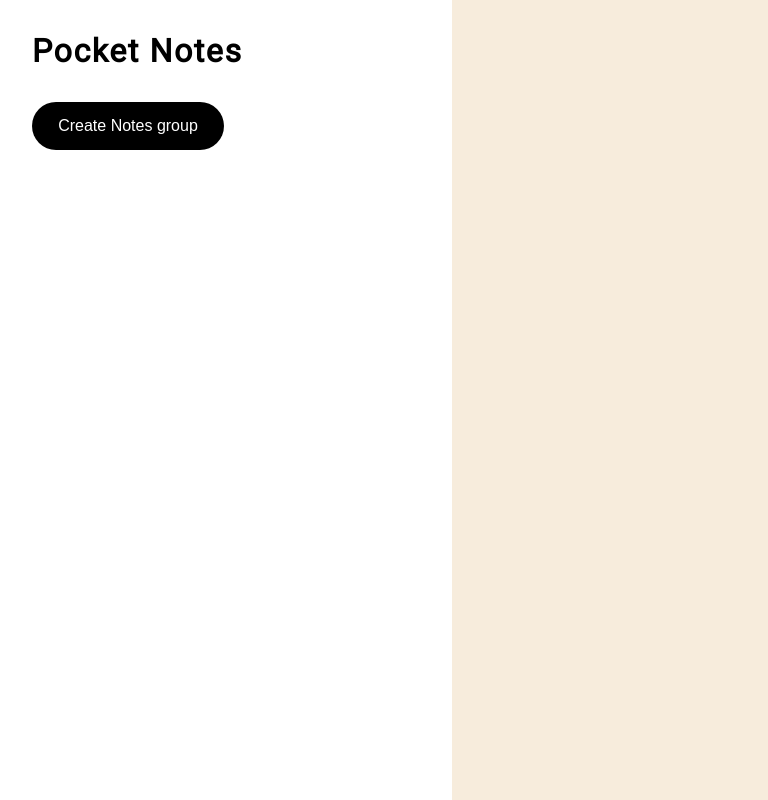
Repository: drumsmanku/react-module-test
Page: /
The author's editor kept a copy of each file at every save. The page is drawn from the files as they stood at one save, then again after the next save.
The browser window is 768 px wide. The pictures show the whole page.
The project was rebuilt for these pictures with package versions that can differ from the ones it lists, and the page was loaded fresh each time. Also part of the build but not shown: src/Components/NotesComponent.js.

Above is the page before, as saved 2023-06-12 20:22:32.

After the next save:
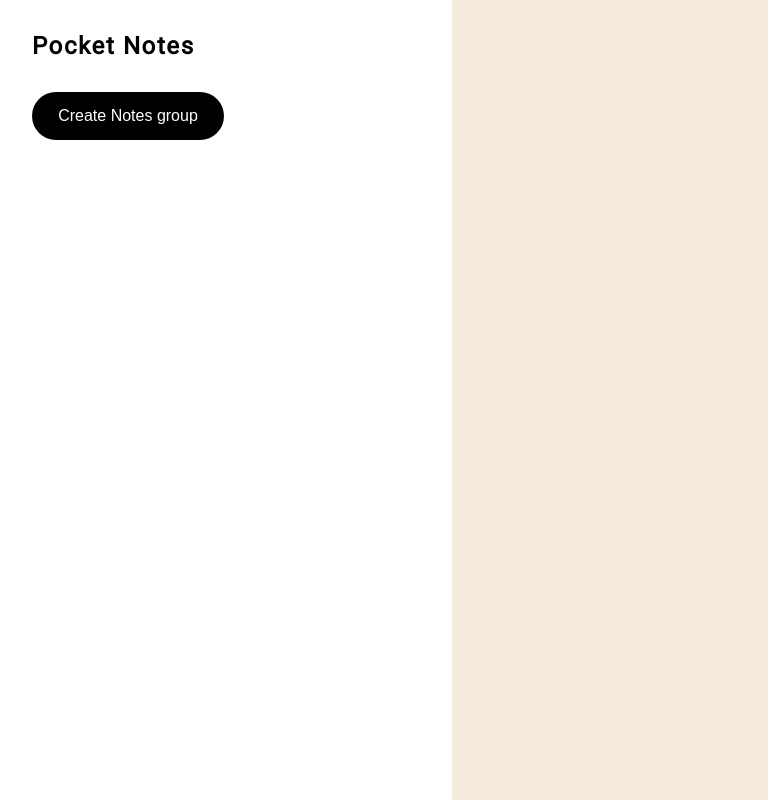
Saved 2 min 14 s later.
--- a/src/Components/MainPage.css
+++ b/src/Components/MainPage.css
@@ -66,5 +66,8 @@ body{
     width: 100%;
     height: 100vh;
   }
+  .first-compartment>h1{
+    font-size: 1.5rem;
+  }
 
 }
